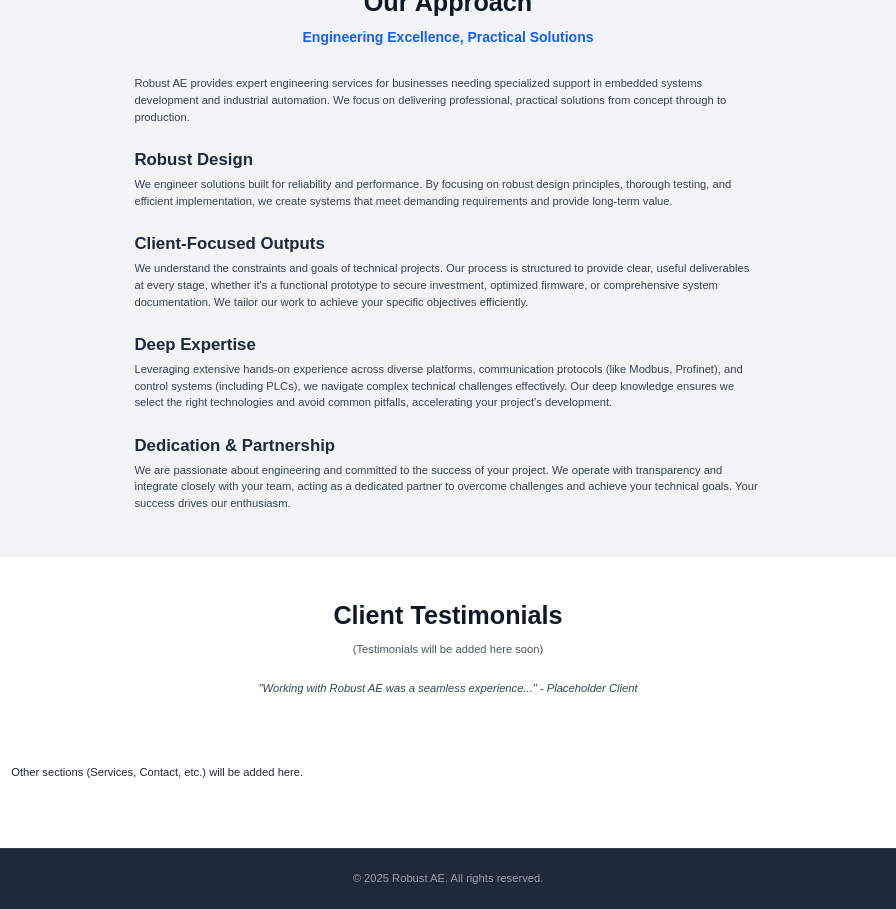
Repository: b0ase/robust-ae.com
Page: /newsite
These files come from the project's save history. The page is drawn as it stood at one moment and after the next save; the edit follows.
The browser window is 1280 px wide. The pictures show the part of the page from y = 1122 to 3042 px (the page is 2421 px tall before and 3042 px after), at 70% of full size.
The project was rebuilt for these pictures with package versions that can differ from the ones it lists, and the page was loaded fresh each time. The framework's server and built-in components were replaced by stand-ins that run in the browser. Also part of the build but not shown: next.config.ts.

Above is the page before, as saved 2025-05-04 22:53:37.

After the next save:
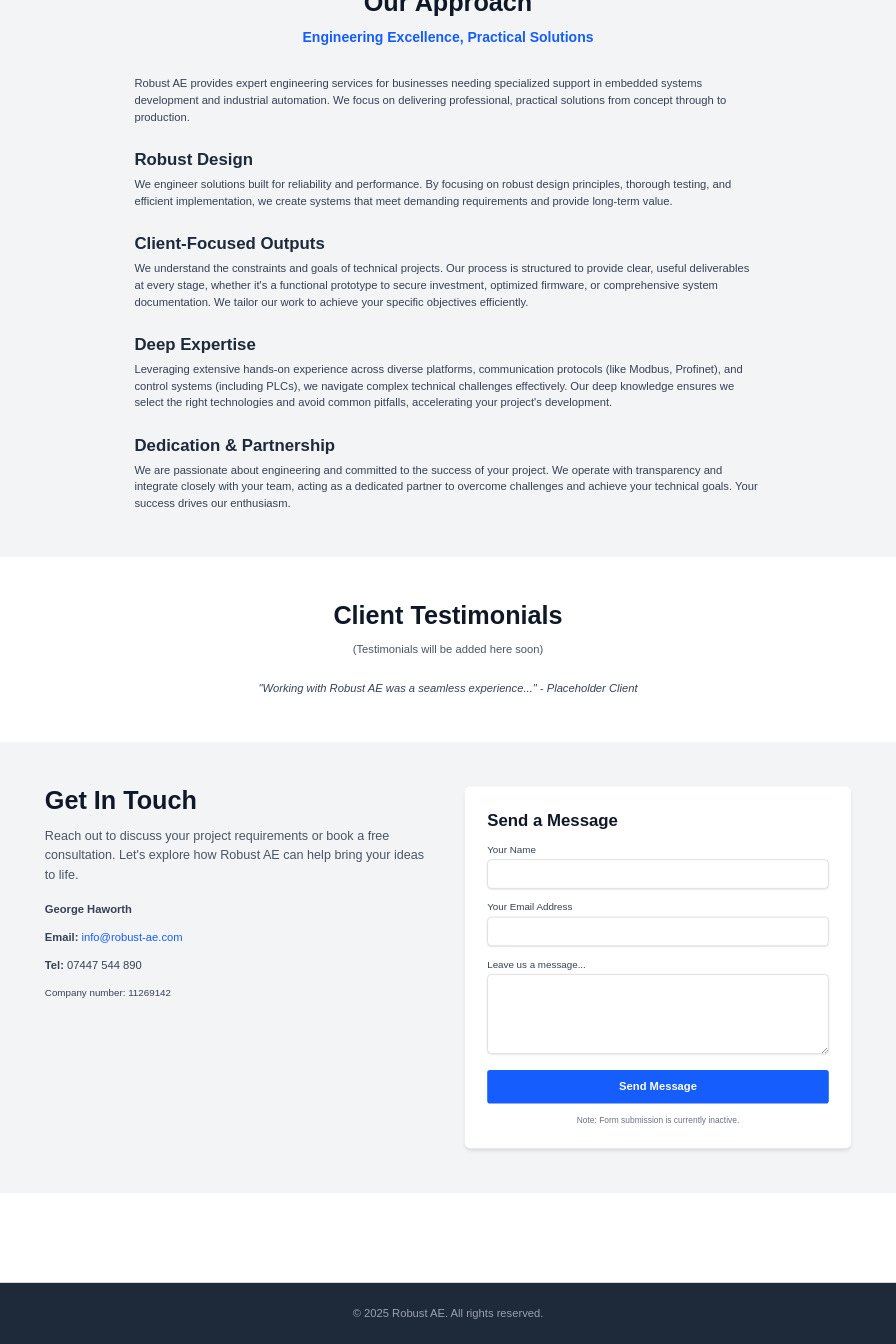
Saved 17 s later.
--- a/src/app/newsite/page.tsx
+++ b/src/app/newsite/page.tsx
@@ -176,9 +176,65 @@
         </div>
       </section>
 
+      {/* Contact Section */}
+      <section id="contact" className="py-16 px-6 bg-gray-100 dark:bg-gray-900">
+        <div className="container mx-auto max-w-6xl grid md:grid-cols-2 gap-12 items-start">
+          {/* Contact Info */}
+          <div>
+            <h2 className="text-3xl md:text-4xl font-bold mb-4 text-gray-900 dark:text-white">
+              Get In Touch
+            </h2>
+            <p className="text-lg text-gray-600 dark:text-gray-400 mb-6">
+              Reach out to discuss your project requirements or book a free consultation. Let's explore how Robust AE can help bring your ideas to life.
+            </p>
+            <div className="space-y-4 text-gray-700 dark:text-gray-300">
+              <p>
+                <strong>George Haworth</strong>
+              </p>
+              <p>
+                <strong>Email:</strong> <a href="mailto:info@robust-ae.com" className="text-blue-600 dark:text-blue-400 hover:underline">info@robust-ae.com</a>
+              </p>
+              <p>
+                <strong>Tel:</strong> <a href="tel:07447544890" className="hover:underline">07447 544 890</a>
+              </p>
+              {/* Add Address if available/needed */}
+              {/* <p>
+                <strong>Address:</strong> [Your Address Here]
+              </p> */}
+               <p className="text-sm mt-4">
+                Company number: 11269142
+               </p>
+            </div>
+          </div>
+
+          {/* Contact Form (Frontend Structure Only) */}
+          <form className="bg-white dark:bg-gray-800 p-8 rounded-lg shadow-md space-y-4">
+             <h3 class="text-2xl font-semibold mb-4 text-gray-900 dark:text-white">Send a Message</h3>
+            <div>
+              <label htmlFor="name" className="block text-sm font-medium text-gray-700 dark:text-gray-300 mb-1">Your Name</label>
+              <input type="text" id="name" name="name" required className="w-full px-3 py-2 border border-gray-300 dark:border-gray-600 rounded-md shadow-sm focus:outline-none focus:ring-blue-500 focus:border-blue-500 dark:bg-gray-700 dark:text-white" />
+            </div>
+            <div>
+              <label htmlFor="email" className="block text-sm font-medium text-gray-700 dark:text-gray-300 mb-1">Your Email Address</label>
+              <input type="email" id="email" name="email" required className="w-full px-3 py-2 border border-gray-300 dark:border-gray-600 rounded-md shadow-sm focus:outline-none focus:ring-blue-500 focus:border-blue-500 dark:bg-gray-700 dark:text-white" />
+            </div>
+            <div>
+              <label htmlFor="message" className="block text-sm font-medium text-gray-700 dark:text-gray-300 mb-1">Leave us a message...</label>
+              <textarea id="message" name="message" rows={4} required className="w-full px-3 py-2 border border-gray-300 dark:border-gray-600 rounded-md shadow-sm focus:outline-none focus:ring-blue-500 focus:border-blue-500 dark:bg-gray-700 dark:text-white"></textarea>
+            </div>
+            <div>
+              <button type="submit" className="w-full bg-blue-600 text-white font-semibold px-6 py-3 rounded hover:bg-blue-700 transition duration-300">
+                Send Message
+              </button>
+            </div>
+             <p class="text-xs text-center text-gray-500 dark:text-gray-400">Note: Form submission is currently inactive.</p>
+          </form>
+        </div>
+      </section>
+
       {/* Placeholder for other sections */}
       <div className="container mx-auto px-4 py-8">
-         <p className="dark:text-gray-400">Other sections (Services, Contact, etc.) will be added here.</p>
+         {/* Removed the generic placeholder paragraph as Contact was the last main section before footer */}
       </div>
 
        {/* Footer Section */}
